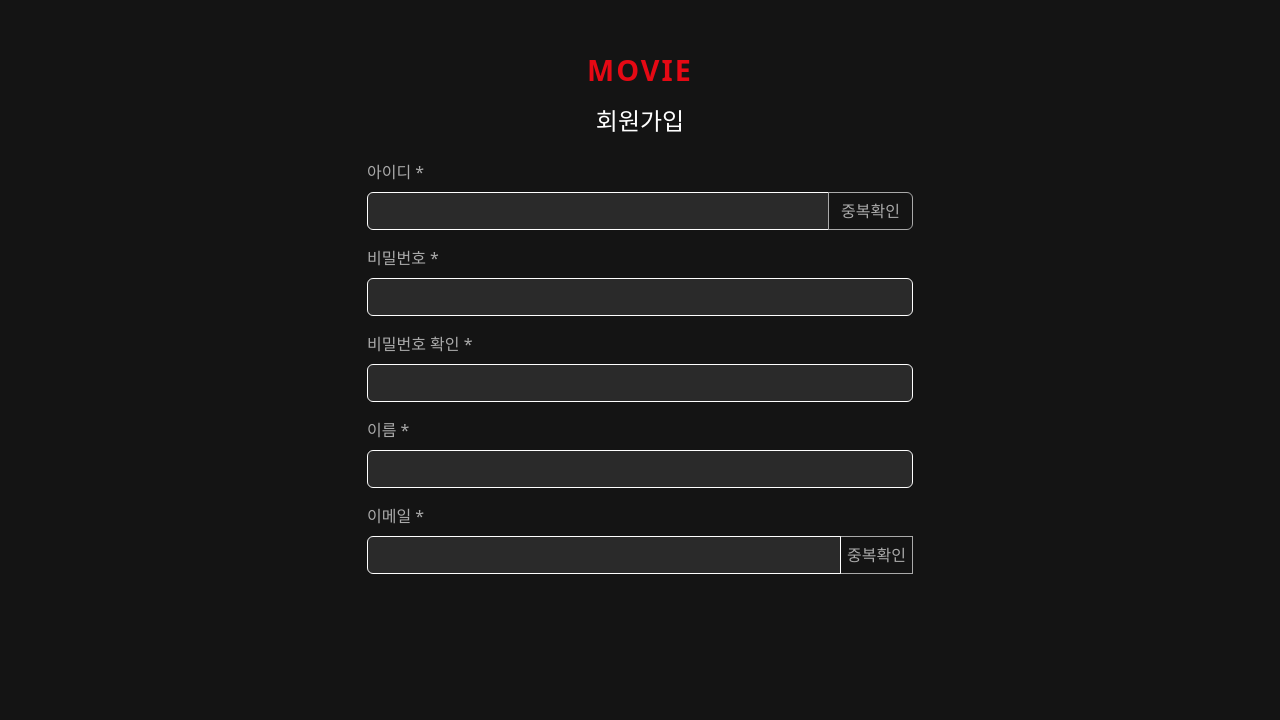
Repository: Se-Jong-Park/InsideReview
Page: http://localhost/moviejoin/WEB-INF/views/user/form.jsp
An editor plug-in stored every save of this project. The page is shown before and after the next save, followed by the edit.
The browser window is 1280 px wide. The pictures show the whole page.
The page is served by Tomcat 9. Nobody is signed in. Other server files are loaded and not shown. The template is opened directly, without the code that normally fills it, so the values that code supplies are empty.

Above is the page before, as saved 2026-03-18 15:46:28.

### moviejoin/src/main/webapp/WEB-INF/views/user/form.jsp
<%@ page language="java" contentType="text/html; charset=UTF-8"
    pageEncoding="UTF-8"%>
    <%@ taglib prefix="c" uri="http://java.sun.com/jsp/jstl/core" %>
<!DOCTYPE html>
<html>
<head>
<meta charset="UTF-8">
<title>회원가입</title>
 <link rel="stylesheet" href="https://cdn.jsdelivr.net/npm/bootstrap@5.3.0/dist/css/bootstrap.min.css">
<style>
	body {background-color:#141414; color: white; }
	.card {background-color: #1f1f1f; border: none;}
	.form-control{
		background-color: #2a2a2a;
		border: 1px solid; #444;
		color: white;
	}
	.form-control:focus {
		background-color: #2a2a2a;
		border-color: #E50914;
		color: white;
		box-shadow: none;
	}
	.form-label{color: #aaa;}
	.btn-netfloix{
		background-color: #E50914;
		color: white;
		border: none;
	}
	.btn-netflix:hover{backround-color: #b20710; color: white;}
	.btn-outline-gray{
		background-color: transparent;
		border: 1px solid; #444;
		color: #aaa;
	}
	btn.outline-gray:hover{background-color: #2a2a2a; color: white;}
	.logo{color: #E50914; font-size: 1.8rem; font-weight: bold; letter-spacing: 2px;}
	a{color: #E50914; text-decoration: none;}
	a:hover {color: #b20710;}
	small{color:#888;}
</style>
</head>
<body>

<div class="container py-5">
	<div class="row justify-content-center">
		<div class="col-md-6">
			<div clsss="card shadow p-4">
				<div class="text-center mb-3">
					<span class="logo">MOVIE</span>
				</div>
				<h4 class="text-center mb-4">회원가입</h4>

				<c:if test="${not empty msg}">
					<div class="alert alert-danger">${msg}</div>
				</c:if>
				<form action="/user/join" method="post"></form>
				<div class="mb-3">
					<label class="form-label">아이디 *</label>
					<div class="input-group">
						<input type="text" name="uid" id="uid" class="form-control" maxlength="15" required>
						<button type="button" class="btn btn-outline-gray" onclick="IdCheck()">중복확인</button>
					</div>
					<small id="idMsg"></small>
				</div>

				<div class="mb-3">
					<label class="form-label">비밀번호 *</label>
					<input type="password" name="upw" id="upw" class="form-control" required>
				</div>

				<div class="mb-3">
					<label class="form-label">비밀번호 확인 *</label>
					<input type="password" id="upwConfirm" class="form-control" required>
				</div>

				<div class="mb-3">
					<label class="form-label">이름 *</label>
					<input type="text" name="uname" class="form-control" maxlength="15" required>
				</div>
				<div class="mb-3">
					<label class="form-label">이메일 *</label>
					<div class="input-group">
						<input type="email" name="email" id="email" class="form-control" maxlength="50" required>
						<button type="button" class="btn- btn-outline-gray" onclick="mailCheck()">중복확인</button>
					</div>
				</div>
			</div>
		</div>
	</div>
</div>

</body>
</html>

After the next save:
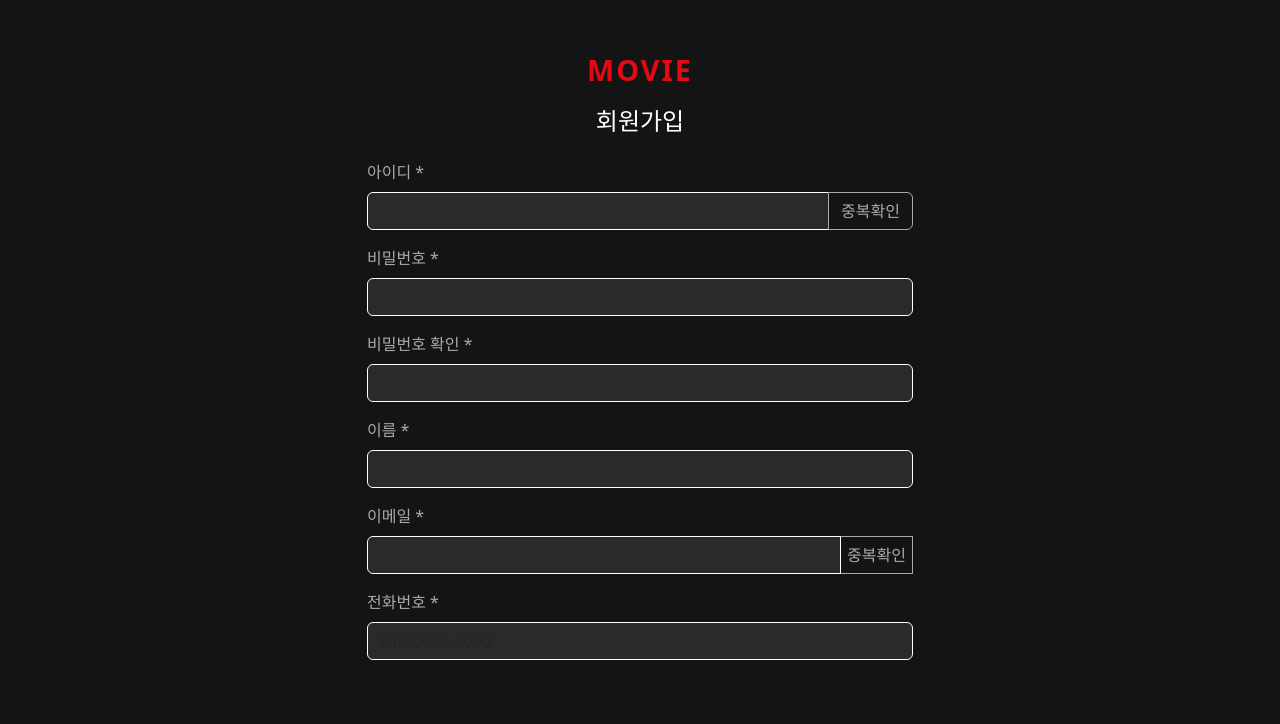
Saved 2 min 51 s later.
--- a/moviejoin/src/main/webapp/WEB-INF/views/user/form.jsp
+++ b/moviejoin/src/main/webapp/WEB-INF/views/user/form.jsp
@@ -84,6 +84,12 @@
 						<input type="email" name="email" id="email" class="form-control" maxlength="50" required>
 						<button type="button" class="btn- btn-outline-gray" onclick="mailCheck()">중복확인</button>
 					</div>
+					<small id="mailMsg"></small>
+				</div>
+
+				<div class="mb-3">
+					<label class="form-label">전화번호 *</label>
+					<input type="text" name="uphone" class="form-control" maxlength="13" placeholder="010-0000-0000" required>
 				</div>
 			</div>
 		</div>
